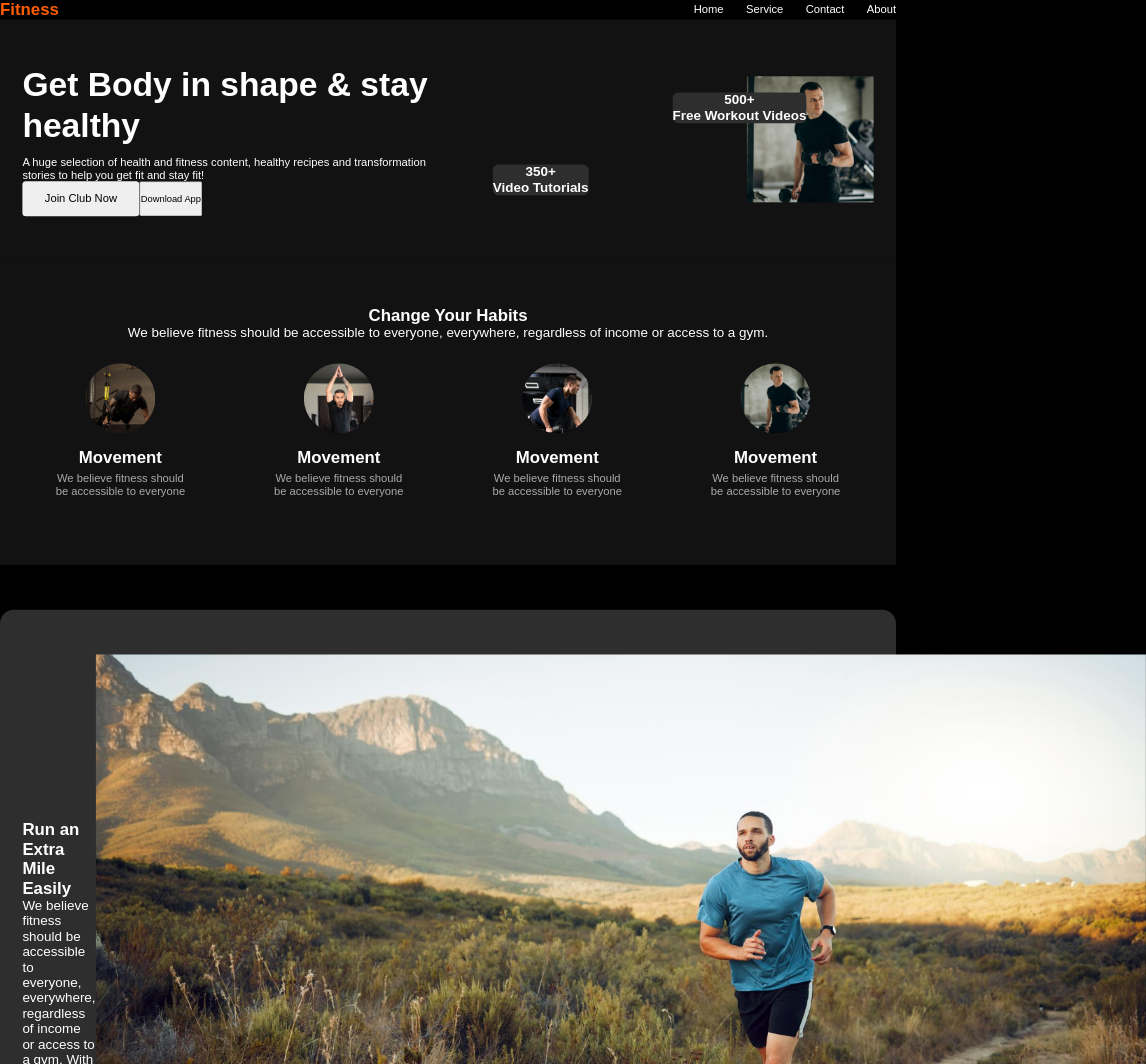
Repository: Aminul-Islam85/Assignment-2
Page: index.html
The author's editor kept a copy of each file at every save. The page is drawn from the files as they stood at one save, then again after the next save.
The browser window is 1280 px wide. The page is 1637 px wide, so the pictures cover 1637 px, including what lies to the right of the window. The pictures show the part of the page from y = 0 to 1520 px (the page is 8840 px tall), at 70% of full size.

Above is the page before, as saved 2024-10-23 17:14:16.

### index.html
<!DOCTYPE html>
<html lang="en">
<head>
    <meta charset="UTF-8">
    <meta name="viewport" content="width=device-width, initial-scale=1.0">
    <title>Fitness Website</title>
    <link rel="stylesheet" href="styles.css">
</head>
<body>

    <nav class="navbar">
        <h1 class="heading-text"></a>Fitness</h1>
        <ul class="nav-links">
            <li><a href="#"></a>Home</li>
            <li><a href="#"></a>Service</li>
            <li><a href="#"></a>Contact</li>
            <li><a href="#"></a>About</li>
        </ul>
        <div class="hamburger">
            <span></span>
            <span></span>
            <span></span>
        </div>
    </nav>

    <section class="hero">
        <div class="hero-content">
            <h1>Get Body in <span class="highlighted">shape</span> & stay healthy</h1>
            <p>A huge selection of health and fitness content, healthy recipes and transformation stories to help you get fit and stay fit!</p>
            <div class="hero-buttons">
                <button class="cta-btn join-btn"> Join Club Now</button>
                <button cta-btn download-btn>Download App</button>
            </div>
        </div>
        <div class="hero-image">
            <img src="images/image 5.png" alt="Trainer">
        </div>

        <div class="info-card workout-card">500+<br>Free Workout Videos</div>
        <div class="info-card tutorial-card">350+<br>Video Tutorials</div>
    </section>

    <section class="habits">
        <h1>Change Your Habits</h1>
        <p>We believe fitness should be accessible to everyone, everywhere, regardless of income or access to a gym.</p>
        <div class="habits-gallery">
            <div class="habit-item">
                <img src="images/image 3.png" alt="Movement">
                <h3>Movement</h3>
                <p>We believe fitness should be accessible to everyone</p>
            </div>
            <div class="habit-item">
                <img src="images/image 2.png" alt="Time">
                <h3>Movement</h3>
                <p>We believe fitness should be accessible to everyone</p>
            </div>
            <div class="habit-item">
                <img src="images/image 4.png" alt="Practice">
                <h3>Movement</h3>
                <p>We believe fitness should be accessible to everyone</p>
            </div>
            <div class="habit-item">
                <img src="images/image 5.png" alt="Wait Loss">
                <h3>Movement</h3>
                <p>We believe fitness should be accessible to everyone</p>
            </div>
        </div>

    </section>

    <section class="extra-mile">
        <div class="extra-mile-content">
            <h2>Run an Extra Mile Easily</h2>
            <p>We believe fitness should be accessible to everyone, everywhere, regardless of income or access to a gym. With hundreds of professional workouts.</p>
            <button class="cta-btn extra-mile-btn">Join NOW</button>
        </div>
        <div class="extra-mile-image">
            <img src="images/run.jpg" alt="Run Image">
        </div>
    </section>

    <section trainings-exercises>
        <h2>Trainings and Exercises</h2>
        <p>We believe fitness should be accessible to everyone, everywhere, regardless of income or access to a gym.</p>
        <div>
            <div class="exercise-item">
                <img src="images/exercise1.jpg" alt="Exercise-1">
                <div exercise-overlay>
                    <p>Lorem Ipsum</p>
                </div>

            </div>
            <div class="exercise-item">
                <img src="images/exercise2.png" alt="Exercise-2">
                <div exercise-overlay>
                    <p>Lorem Ipsum</p>
                </div>
            </div>
            <div class="exercise-item">
                <img src="images/exercise3.png" alt="Exercise-3">
                <div exercise-overlay>
                    <p>Lorem Ipsum</p>
                </div>
            </div>
            <div class="exercise-item">
                <img src="images/exercise4.png" alt="Exercise-4">
                <div exercise-overlay>
                    <p>Lorem Ipsum</p>
                </div>
            </div>
            <div class="exercise-item">
                <img src="images/exercise5.jpg" alt="Exercise-5">
                <div exercise-overlay>
                    <p>Lorem Ipsum</p>
                </div>
            </div>
            <div class="exercise-item">
                <img src="images/run.jpg" alt="">
                <div exercise-overlay>
                    <p>Lorem Ipsum</p>
                </div>
            </div>
        </div>
    </section>

    <section bmi-calculator>
        <div class="bmi-title">
            <h2>BMI Calculator</h2>
            <p>We believe fitness should be accessible to everyone, everywhere, regardless of income or access to a gym.</p>
        </div>
        <div class="bmi-content">
            <div class="bmi-chart">
                <h3>BMI Calculator Chart</h3>
                <table>
                    <thead>
                        <tr>
                            <th>BMI</th>
                            <th>Weight Status</th>
                        </tr>
                    </thead>
                    <tbody>
                        <tr>
                            <td>Below 18.5</td>
                            <td>Underweight</td>
                        </tr>
                        <tr>
                            <td>18.5 - 24.9</td>
                            <td>Healthy</td>
                        </tr>
                        <tr>
                            <td>25.0 - 29.9</td>
                            <td>Overweight</td>
                        </tr>
                        <tr>
                            <td>30.0 - and Above</td>
                            <td>Obese</td>
                        </tr>
                    </tbody>
                </table>
            </div>

            <div>
                <h3>Calculate your BMI</h3>
                <p>We believe fitness should be accessible to everyone, everywhere, regardless of income or access to a gym.</p>
                <form>
                    <input type="text" placeholder="Height/cm">
                    <input type="text" placeholder="Weight/kg">
                    <input type="text" placeholder="Age">
                    <select>
                        <option value="">Sex</option>
                        <option value="">Male</option>
                        <option value="">Female</option>
                    </select>
                    <select>
                        <option value="">Select an activity factor</option>
                        <option value="">Sedentary</option>
                        <option value="">Lightly active</option>
                        <option value="">Moderatly active</option>
                        <option value="">Very active</option>
                    </select>
                </form>
            </div>
        </div>
    </section>

    <section class="team-selection">
        <div class="team-title">
            <h2>Meet Our Team</h2>
            <p>We believe fitness should be accessible to everyone, everywhere, regardless of income or access to a gym.</p>
        </div>
        <div class="team-content">
            <div class="team-member">
                <img src="images/trainer1.png" alt="Jerome Bell">
                <div class="team-overlay">
                    <h3>Jerome Bell</h3>
                    <p>Trainer</p>
                </div>
            </div>
            <div class="team-member">
                <img src="images/trainer2.png" alt="Cameron Williamson">
                <div team-overlay>
                    <h3>Cameron Williamson</h3>
                    <p>Trainer</p>
                </div>
            </div>
            <div class="team-member">
                <img src="images/trainer3.png" alt="Darrell Steward">
                <div team-overlay>
                    <h3>Darrell Steward</h3>
                    <p>Trainer</p>
                </div>
            </div>
            <div class="team-member">
                <img src="images/trainer4.png" alt="Dianne Russell">
                <div team-overlay>
                    <h3>Dianne Russell</h3>
                    <p>Trainer</p>
                </div>
            </div>
            <div class="team-member">
                <img src="images/trainer5.png" alt="Cody Fisher">
                <div team-overlay>
                    <h3>Cody Fisher</h3>
                    <p>Trainer</p>
                </div>
            </div>
            <div class="team-member">
                <img src="images/trainer6.png" alt="Theresa Webb">
                <div team-overlay>
                    <h3>Theresa Webb</h3>
                    <p>Trainer</p>
                </div>
            </div>
        </div>
    </section>

    <footer class="footer-section">
        <div class="footer-content">
            <div class="footer-brand">
                <h2 class="footer-logo">Fitness</h2>
                <p>We believe fitness should be accessible to everyone, everywhere, regardless of income or access to a gym.</p>
            </div>
            <div class="footer-links">
                <h3>Get Startted</h3>
                <ul>
                    <li><a href="#">Service</a></li>
                    <li><a href="#">Contact Us</a></li>
                    <li><a href="#">Affiliate Program</a></li>
                    <li><a href="#">About Us</a></li>
                </ul>

            </div>
            <div class="footer-links">
                <h3>Get Started</h3>
                <ul>
                    <li><a href="#">Fitness</a></li>
                    <li><a href="#">Platform</a></li>
                    <li><a href="#">Workout Library</a></li>
                    <li><a href="#"></a>App Design</li>
                </ul>
            </div>
        </div>
    </footer>
</body>
</html>

### styles.css
/*Global Styles*/
* {
    margin: 0;
    padding: 0;
    box-sizing: border-box;
}

body {
    font-family: 'Arial', sans-serif;
    background-color: black;
    color: #fff;
}

/*Navbar*/
.navbar {
    display: flex;
    justify-content: space-between;
    align-items: center;
    padding: 1 rem 2 rem;
    background-color: transparent;
}

.heading-text {
    font-size: 1.5rem;
    color: #ff5e00;
}

/*nav-link hidden in moble*/
.nav-links {
    list-style: none;
    display: flex;
    gap: 2rem;
}

.nav-links a {
    color: #fff;
    text-decoration: none;
    font-size: 1rem;
}

/*Hamburger menu hidden in desktop*/
.hamburger {
    display: none;
    flex-direction: column;
    cursor: pointer;
}

.hamburger span {
    width: 25px;
    height: 3px;
    background-color: #fff;
    margin: 4px;
    transition: 0.3s;
}

/*responsiveness*/

@media (max-width: 768) {
    .nav-links {
        display: none;
    }
    .hamburger {
        display: flex;
    }
    /*hamburger clicked show nav-links*/
    .navbar.active .nav-links {
        display: flex;
        flex-direction: column;
        position: absolute;
        top: 60px;
        right: 0;
        background-color: #12121212;
        width: 100%;
        height: auto;
        text-align: center;
        padding: 1rem;
    }
    .nav-links li {
        margin: 1rem 0;
    }
}

/* Hero section*/
.hero {
    display: flex;
    justify-content: space-between;
    align-items: center;
    padding: 4rem 2rem;
    background-color: #121212;
    position: relative;
}
.hero-content {
    max-width: 50%;
}

.hero h1 {
    font-size: 3rem;
    line-height: 1.2;
    margin-bottom: 1rem;
}

.hero.highlighted {
    font-style: italic;
    font-weight: 700;
    color: #ff5e00;
}

hero p {
    font-size: 1.2rem;
    margin-bottom: 2rem;
}

.hero-buttons {
    display: flex;
    gap: irem;
}

.cta-btn {
    padding: 1rem 2rem;
    font-size: 1rem;
    border: none;
    border-radius: 5px;
    cursor: pointer;
}

.join.btn {
    background-color: #ff5e00;
    color: #fff;
}

.download-btn {
    background-color: transparent;
    border: 2px solid #fff;
    color: #fff;
}

.hero-image img {
    max-width: 100%;
    height: auto;
}

/*Info Cards*/
.info-card {
    position: absolute;
    background-color: #2e2e2e;
    color: white;
    border-radius: 8px;
    padding: 1re 1.5rem;
    font-size: 1.2rem;
    font-weight: bold;
    text-align: center;
}

.workout-card {
    top: 30%;
    right: 10%;
}

.tutorial-card {
    top: 60%;
    left: 55%;
}

/*Hero reponsive for mobile*/
@media (max-width: 768px) {
.hero {
    flex-direction: column;
    text-align: center;
}
.hero-content {
    max-width: 100%;
    margin-bottom: 2rem;
}
.hero-image img {
    max-width: 100%;
    height: auto;
}
.info-card {
    font-size: 1rem;
    padding: 0.75rem 1 rem;
    position: relative;
    margin: 1rem auto;
    width: auto;
}
.workout-card, .tutorial-card {
    top: auto;
    left: auto;
    right: auto;
    transform: none;
    margin-bottom: 1rem;
 }
}

/*Hero Buttons on mobile*/
@media (max-width:480px) {
    .hero-buttons {
        flex-direction: column;
        gap: 1rem;
    }
    .cta-btn {
        width: 100%;
    }
}

/*Change habit section*/
.habits {
    padding: 4rem 2rem;
    text-align: center;
    background-color: #121212;
}

.habits h2 {
    font-size: 2.5rem;
    margin-bottom: 1rem;
}

.habits p {
    font-size: 1.2rem;
    margin-bottom: 2rem;
}

.habits-gallery {
    display: flex;
    justify-content: space-around;
    align-items: center;
    flex-wrap: wrap;
    gap: 2rem;
}

.habit-item {
    text-align: center;
    max-width: 200px;
}

.habit-item img {
    width: 100px;
    height: 100px;
    border-radius: 50%;
    margin-bottom: 1rem;
}

.habit-item h3 {
    font-size: 1.5rem;
    margin-bottom: 0.5rem;
}
.habit-item p {
    font-size: 1rem;
    color: #aaa;
}

/*Extra mile section*/
.extra-mile {
    display: flex;
    justify-content: space-between;
    align-items: center;
    background-color: #2e2e2e;
    padding: 4rem 2rem;
    border-radius: 20px;
    margin: 4rem 0;
}

.extra-mile-content {
    max-width: 50%;
}
extra-mile h2 {
    font-size: 2.5rem;
    margin-bottom: 1rem;
}
.extra-mile p {
    font-size: 1.2rem;
    margin-bottom: 2rem;
}
.extra-mile btn {
    background-color: #ff5e00;
    color: white;
    border: none;
    padding: 1rem 2rem;
    border-radius: 5px;
    cursor: pointer;
}
.extra-mile image img {
    border-radius: 10px;
    max-width: 100%;
}
/*Footer*/
footer {
    text-align: center;
    padding: 1rem;
    background-color: #333;
    color: #fff;
    margin-top: 2rem;
}
/*responsive design*/
@media (max-width: 768px) {
    .hero h1 {
        font-size: 2rem;
    }
    .hero p {
        font-size: 1rem;
    }
    .extra-mile {
        flex-direction: column;
        text-align: center;
    }
    .extra-mile-content, .extra-mile-image {
        max-width: 100%;
    }
}

@media (max-width: 480px) {
    hero h1 {
        font-size: 1.5rem;
    }
    .hero p {
        font-size: 0.9rem;
    }
}

/* Trainings and Exercise*/
.trainings-exercises {
    padding: 4rem 2rem;
    text-align: center;
    background-color: #121212;
}

.trainings-exercises h2 {
    font-size: 2.5rem;
    margin-bottom: 1rem;
}
.trainings-exercises p {
    font-size: 1.2rem;
    margin-bottom: 2rem;
    color: #aaa;
}
.exercise-gallery {
    display: grid;
    grid-template-columns: repeat(3, 1fr);
    gap: 1rem;
}
.exercise-item {
    position: relative;
}
.exercise-item img {
    width: 100%;
    height: auto;
    border-radius: 10px;
}
.exercise-overlay {
    position: absolute;
    top: 0;
    left: 0;
    width: 100%;
    height: 100%;
    background-color: rgba(0, 0, 0, 0.5);
    color: white;
    display: flex;
    justify-content: center;
    align-items: center;
    opacity: 0;
    transition: opacity 0.3s ease;
    border-radius: 10px;
}
.exercise-item:hover .exercise-overlay {
    opacity: 1;
}
.exercise-overlay p {
    font-size: 1.2rem;
    text-align: center;
}

/*BMI*/
.bmi-calculator {
    background-color: #121212;
    padding: 4rem 2rem;
}
.bmi-title {
    text-align: center;
    margin-bottom: 2rem;
}
.bmi-title h2 {
    font-size: 2.5rem;
    margin-bottom: 1rem;
    color: #fff;
}
.bmi-title p {
    font-size: 1.2rem;
    color: #aaa;
}

/*calculator*/
.bmi-content {
    display: flex;
    justify-content: space-between;
    align-items: flex-start;
    background-color: #121212;
    padding: 2rem;
    border-radius: 20px;
}
.bmi-chart {
    flex: 1;
    margin-right: 2rem;
}
.bmi-chart h3 {
    color:#fff;
    margin-bottom: 1rem;
}
.bmi-chart table {
    width: 100%;
    border-collapse: collapse;
}
.bmi-chart table th, .bmi-chart table td {
    padding: 1rem;
    text-align: left;
    border: 1px solid #fff;
    color: #fff;
}
.bmi-form {
    flex: 1;
}
bmi-form h3 {
    color: #fff;
    margin-bottom: 1rem;
}
bmi-form p {
    margin-bottom: 2rem;
    color: #aaa;
}
.bmi-form input, .bmi-form select {
    width: 100%;
    padding: 1rem;
    margin-bottom: 1rem;
    border-radius: 5px;
    border: none;
    background-color: #333;
    color: #fff;
}
.bmi-form select {
    cursor: pointer;
}
.bmi-form, .calculate-btn {
    width: 100%;
    padding: 1rem 2rem;
    border-radius: 5px;
    border: none;
    background-color: #ff5e00;
    color: white;
    cursor: pointer;
    text-align: center;
}

/*responsiveness*/
@media (max-width: 768px) {
    .bmi-content {
        flex-direction: column;
    }
    .bmi-chart {
        margin-right: 0;
        margin-bottom: 2rem;
    }
}

/*Meet our team*/
.team-selection {
    background-color: #121212;
    padding: 4rem 2rem;
}
.team-title {
    text-align: center;
    margin-bottom: 2rem;
}
.team-title h2 {
    font-size: 2.5rem;
    margin-bottom: 1rem;
    color: #fff;
}
.team-title p {
    font-size: 1.2rem;
    color: #aaa;
}

/*Team-content*/
.team-content {
    display: grid;
    grid-template-columns: repeat(3,1fr);
    gap: 1.5rem;
    background-color: #2e2e2e;
    padding: 2rem;
    border-radius: 20px;
}
.team-member {
    position: relative;
    border-radius: 10px;
    overflow: hidden;
}
.team-member img {
    width: 100%;
    height: auto;
    border-radius: 10px;
}
.team-overlay {
    position: absolute;
    bottom: 0;
    left: 0;
    width: 100%;
    background-color: rgba(0, 0, 0, 0.5);
    color: white;
    padding: 1rem;
    text-align: center;
    transition: background-color 0.3s ease;
}
.team-member:hover .team-overlay {
    background-color: rgba(0, 0, 0, 0.7);
}
.team-overlay h3 {
    margin: 0;
    font-size: 1.2rem;
}
.team-overlay p {
    margin: 0.5rem 0 0;
    font-size: 0.9rem;
}

/*responsive design*/
@media (max-width: 768px) {
    .team.content {
        grid-template-columns: repeat(2, 1fr);
    }
}

@media (max-width: 480px) {
    .team.content {
        grid-template-columns: 1fr;
    }
}

/*footer section*/
.footer-section {
    background-color: #2e2e2e;
    padding: 4rem 2rem;
    color: #fff;
}
.footer-content {
    display: flex;
    justify-content: space-between;
    align-items: flex-start;
    margin-bottom: 2rem;
}
.footer-logo {
    font-size: 2.5rem;
    color: #ff5e00;
}
.footer-content p {
    max-width: 300px;
    color: #aaa;
}
.footer-links {
    display: flex;
    flex-direction: column;
}
.footer-links h3 {
    margin-bottom: 1rem;
}
.footer-links ul {
    list-style: none;
    padding: 0;
}
.footer-links li {
    margin-bottom: 0.5rem;
}
.footer-links a {
    color: #fff;
    text-decoration: none;
    transition: 0.3s ease;
}
.footer-links a:hover {
    color: #ff5e00;
}
.footer-bottom {
    text-align: center;
    padding-top: 1rem;
    border-top: 1px solid #444;
    color: #aaa;
}

/*rensiveness*/
@media (max-width: 768px) {
    .footer-content {
        flex-direction: column;
        text-align: center;
    }
    .footer-links {
        margin-top: 2rem;
    }
}

After the next save:
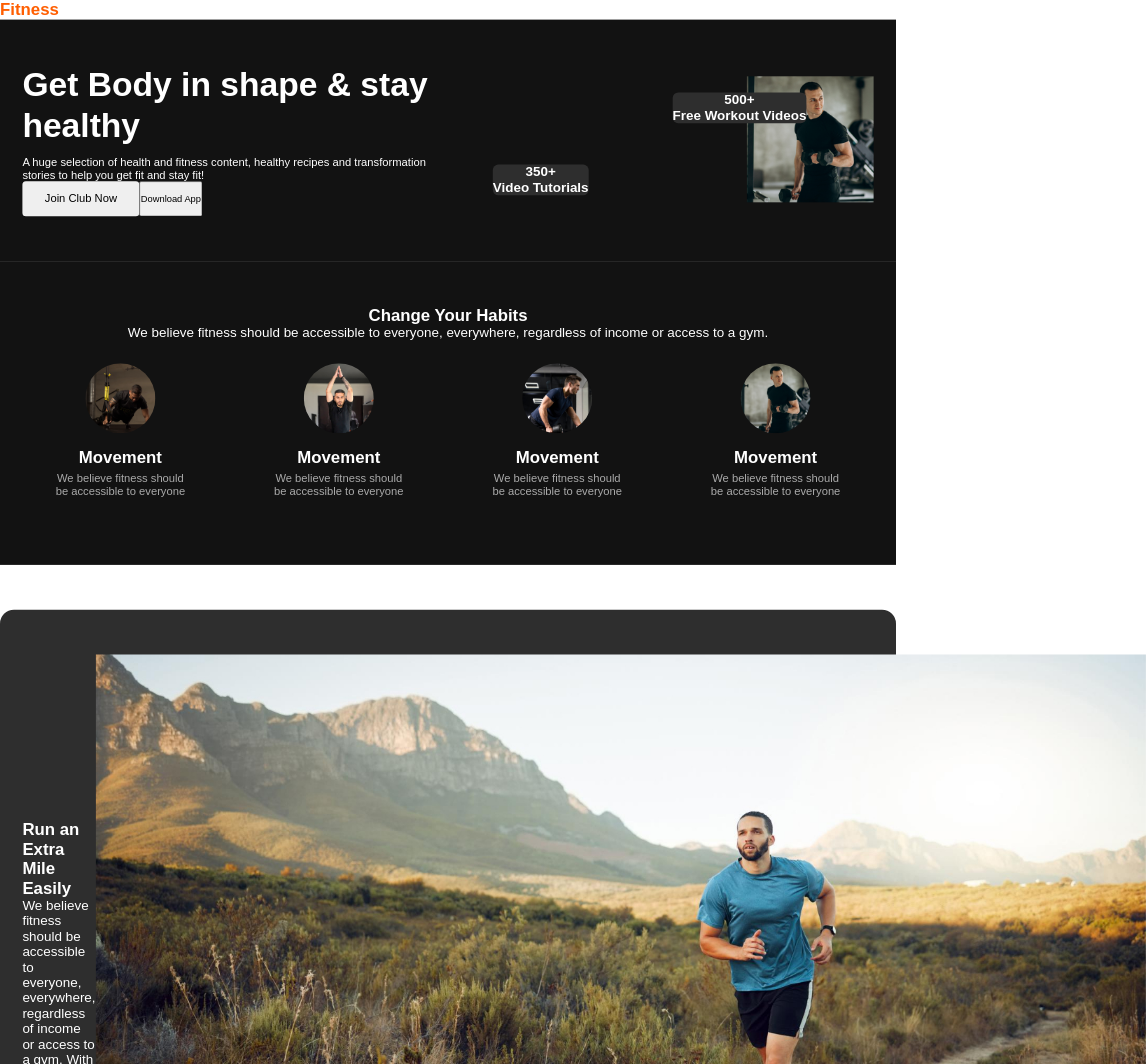
Saved 2 min 35 s later.
--- a/styles.css
+++ b/styles.css
@@ -7,7 +7,7 @@
 
 body {
     font-family: 'Arial', sans-serif;
-    background-color: black;
+    background-color: 1c1c1c;
     color: #fff;
 }
 
